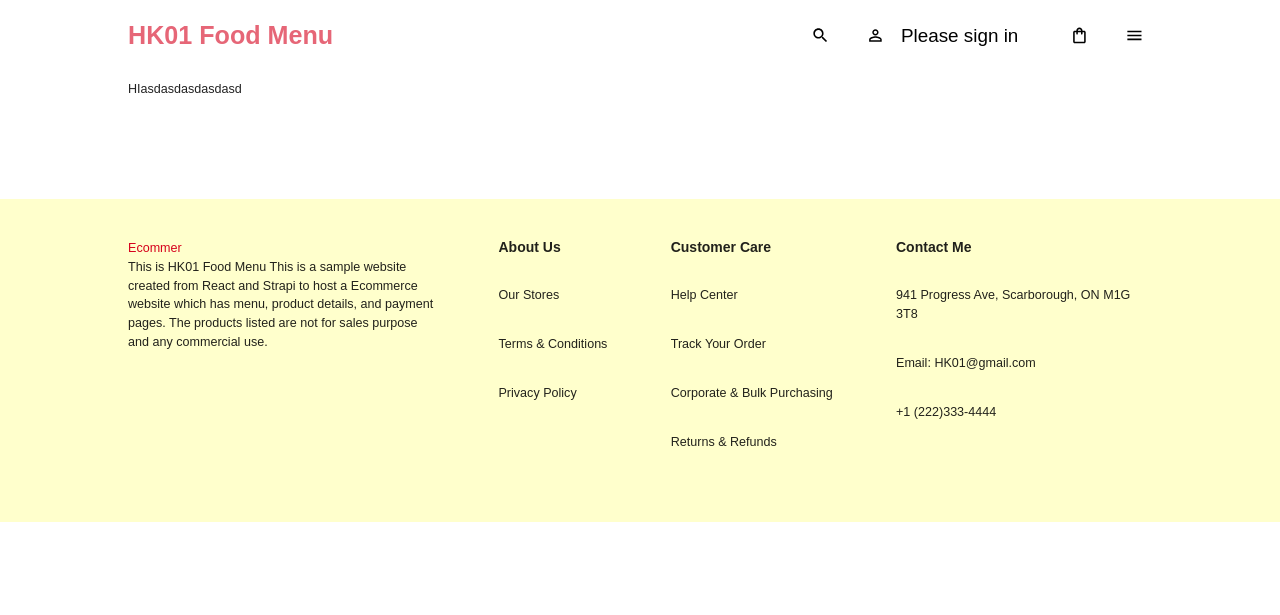
Repository: victorleung93/comp231-002-Team-1-_HK01_FoodMenu
Page: /order (app in client/)
The author's editor kept a copy of each file at every save. The page is drawn from the files as they stood at one save, then again after a run of saves.
The browser window is 1280 px wide. The pictures show the whole page.
Some web fonts or font styles are not loaded; a fallback is used. The project was rebuilt for these pictures with package versions that can differ from the ones it lists, and the page was loaded fresh each time. Also part of the build but not shown: client/src/scenes/home/MainCarousel.jsx, client/src/components/itemList.jsx, client/src/scenes/home/ShoppingList.jsx, client/src/scenes/home/Subscribe.jsx, client/src/scenes/home/Home.jsx, client/src/scenes/about/About.jsx, client/src/scenes/menu/Menu.jsx, client/src/scenes/itemdetail/ItemDetails.jsx and 2 more.

Above is the page before, as saved 2023-04-08 01:46:01.

After the next 4 saves:
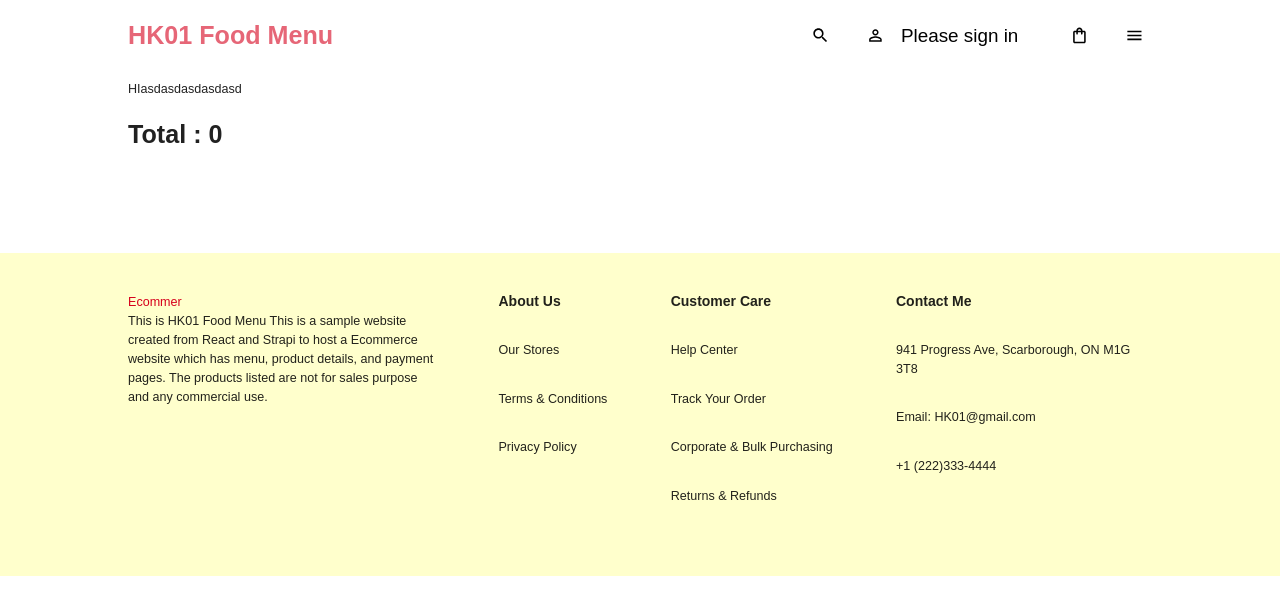
The 4 saves are shown as one change because they came seconds apart.
The last was saved 10 s later.
--- a/client/src/scenes/order/order.jsx
+++ b/client/src/scenes/order/order.jsx
@@ -81,7 +81,7 @@ console.log(cart);
 
 
         })}HIasdasdasdasdasd
-        <h1></h1>
+        <h1>Total : {price}</h1>
     </div>
     // <Box width="80%" m="100px auto">  <h1>Hi</h1></Box>
 
